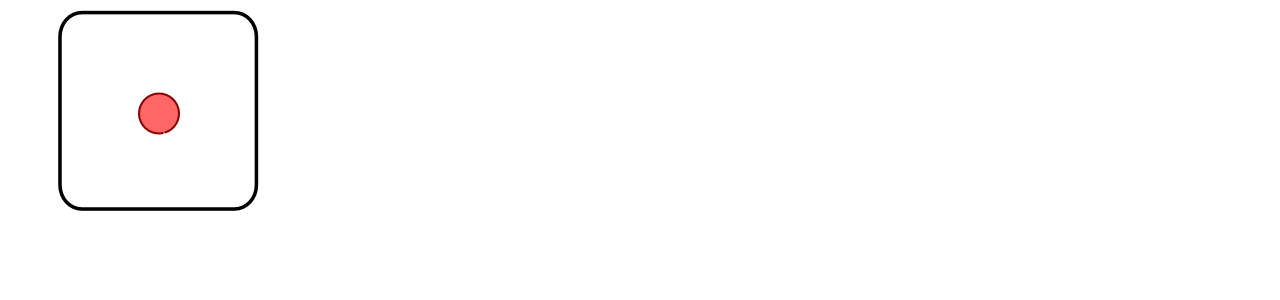
Repository: boseung2/Study-JSP
Page: MyWebSite/WebContent/index.html
The author's editor kept a copy of each file at every save. The page is drawn from the files as they stood at one save, then again after the next save.
The browser window is 1280 px wide. The pictures show the whole page.

Above is the page before, as saved 2021-01-20 03:33:42.

### MyWebSite/WebContent/index.html
<!DOCTYPE html>
<html>
<head>
<meta charset="UTF-8">
<title>Insert title here</title>
</head>
<body>
<img src="/image/dice1.jpg" alt="dice"></body>
</html>

After the next save:
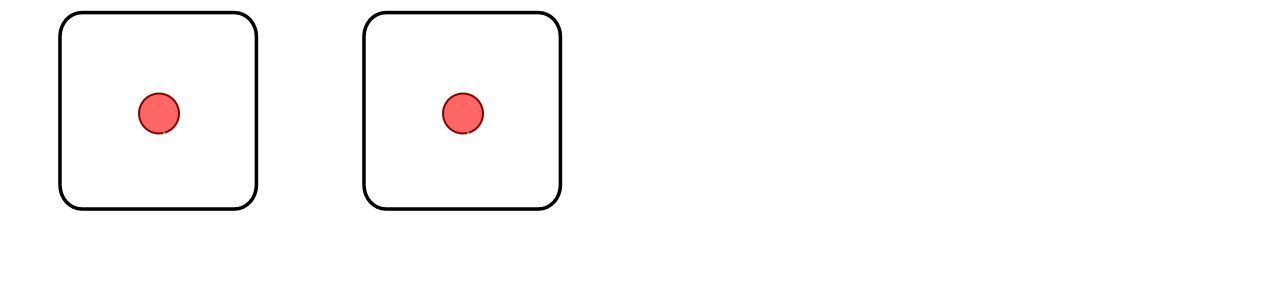
Saved 48 s later.
--- a/MyWebSite/WebContent/index.html
+++ b/MyWebSite/WebContent/index.html
@@ -5,5 +5,7 @@
 <title>Insert title here</title>
 </head>
 <body>
-<img src="/image/dice1.jpg" alt="dice"></body>
+<img src="/image/dice1.jpg" alt="dice">
+<img src="/image/dice1.jpg" alt="dice">
+</body>
 </html>
